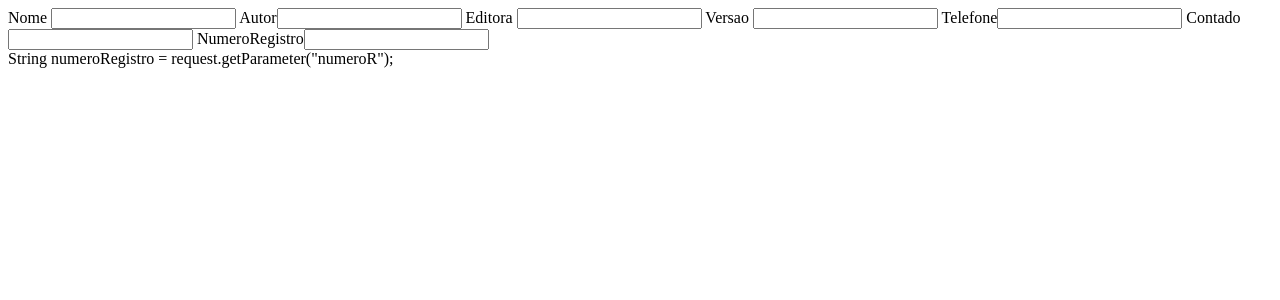
Repository: andersonsilvade/workspacejava
Page: WorkSpace/Lista1/WebContent/cadastro.html
An editor plug-in stored every save of this project. The page is shown before and after the next save, followed by the edit.
The browser window is 1280 px wide. The pictures show the whole page.

Above is the page before, as saved 2014-08-22 10:51:41.

### WorkSpace/Lista1/WebContent/cadastro.html
<!DOCTYPE html>
<html>
<head>
<meta charset="ISO-8859-1">
<title>Insert title here</title>
</head>
<body>
<form action="cl" method = "post">
Nome <input type = "text" name = "nome"/>
Autor<input type = "text" name = "ano"/>
Editora <input type = "text" name = "editora"/>
Versao <input type = "text" name = "versao"/>
Telefone<input type = "text" name = "telefone"/>
Contado <input type = "text" name = "contato"/>
NumeroRegistro<input type = "text" name = "numeroR"/>
</form>
</body>
</html>

		String numeroRegistro = request.getParameter("numeroR");

After the next save:
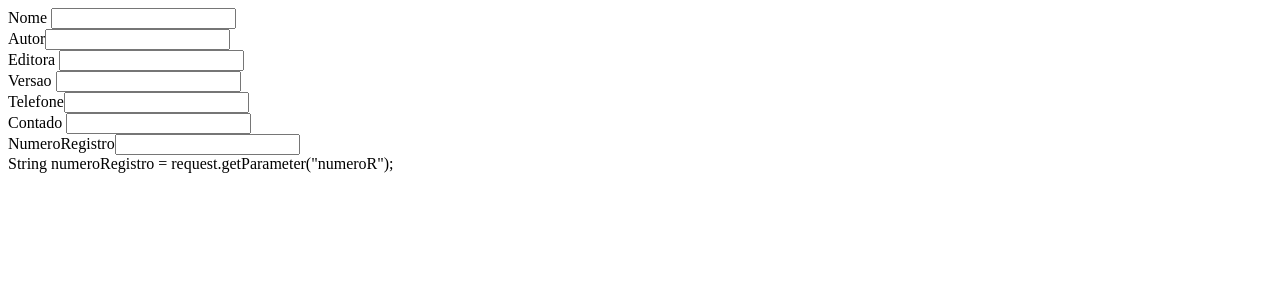
Saved 35 s later.
--- a/WorkSpace/Lista1/WebContent/cadastro.html
+++ b/WorkSpace/Lista1/WebContent/cadastro.html
@@ -7,12 +7,19 @@
 <body>
 <form action="cl" method = "post">
 Nome <input type = "text" name = "nome"/>
+</br>
 Autor<input type = "text" name = "ano"/>
+</br>
 Editora <input type = "text" name = "editora"/>
+</br>
 Versao <input type = "text" name = "versao"/>
+</br>
 Telefone<input type = "text" name = "telefone"/>
+</br>
 Contado <input type = "text" name = "contato"/>
+</br>
 NumeroRegistro<input type = "text" name = "numeroR"/>
+</br>
 </form>
 </body>
 </html>
